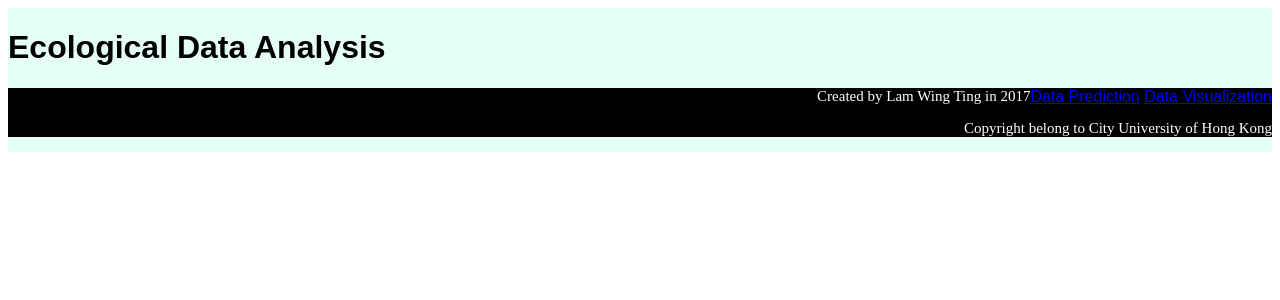
Repository: JenniferLam/FYP
Page: http://localhost/FYP_webapp/prediction/dataPred.html
The author's editor kept a copy of each file at every save. The page is drawn from the files as they stood at one save, then again after the next save.
The browser window is 1280 px wide. The pictures show the whole page.
The page is served by Tomcat 9.

Above is the page before, as saved 2018-01-28 22:01:43.

After the next save:
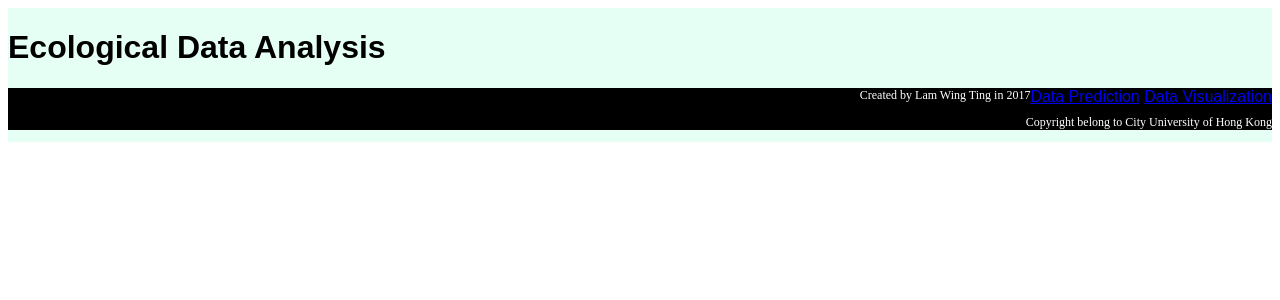
Saved 5 s later.
--- a/WebAppDev/FYP_webapp/WebContent/common.css
+++ b/WebAppDev/FYP_webapp/WebContent/common.css
@@ -17,5 +17,5 @@ body{
 	color: white;
 	text-align:right;
 	font-family:Times New Roman, Times, serif;
-	font-size:15px;
+	font-size:12px;
 }
